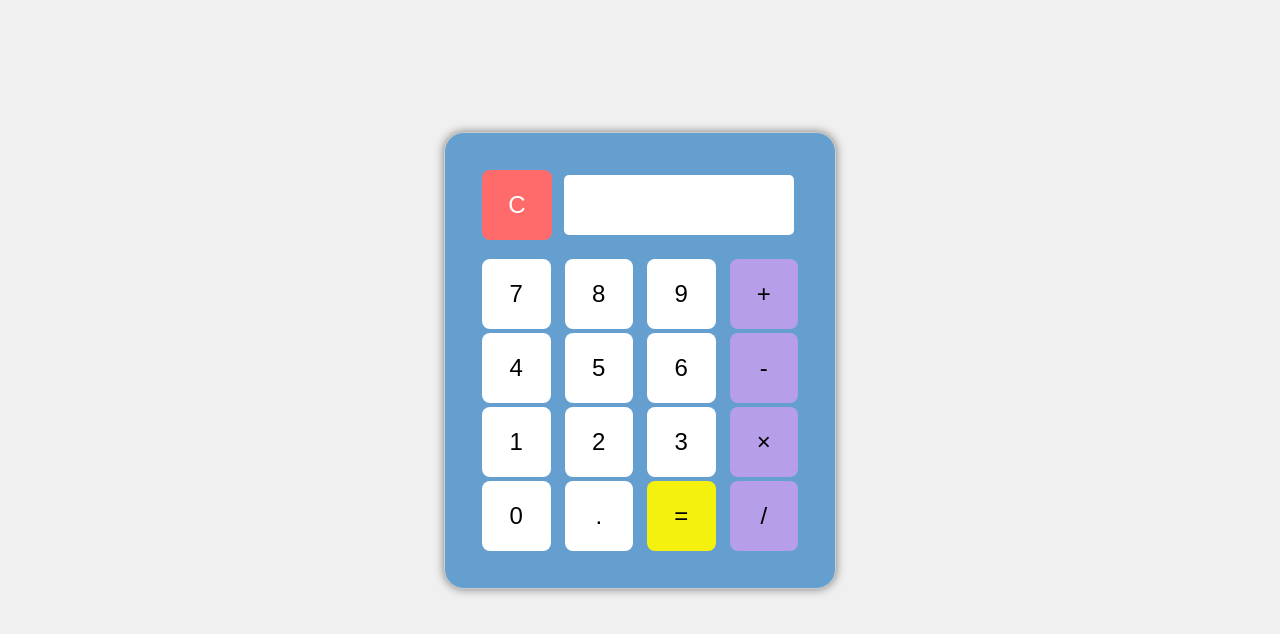
Repository: Burnmyheart/calculator
Page: index.html
These files come from the project's save history. The page is drawn as it stood at one moment and after the next save; the edit follows.
The browser window is 1280 px wide. The pictures show the whole page.

Above is the page before, as saved 2025-04-29 00:04:51.

After the next save:
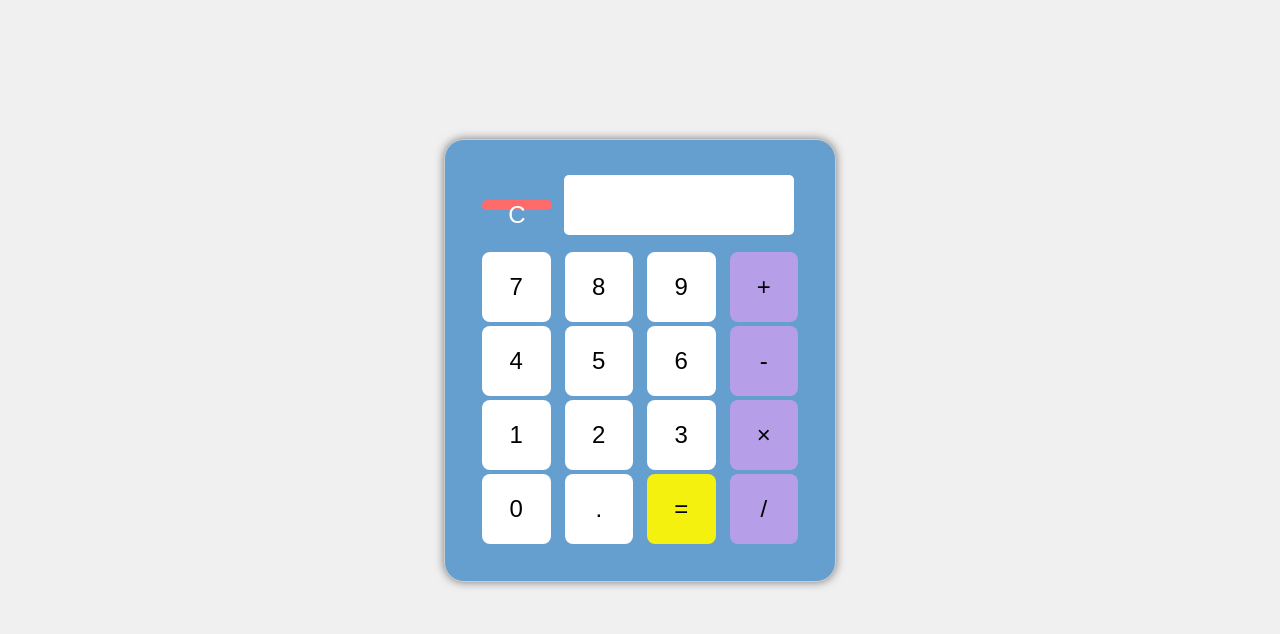
Saved 7 s later.
--- a/style.css
+++ b/style.css
@@ -59,6 +59,7 @@ button:hover {
 .clear {
   background-color: #ff6b6b;
   color: white;
+  height: 10px;
 }
 .clear:hover {
   background-color: #ff5252;
